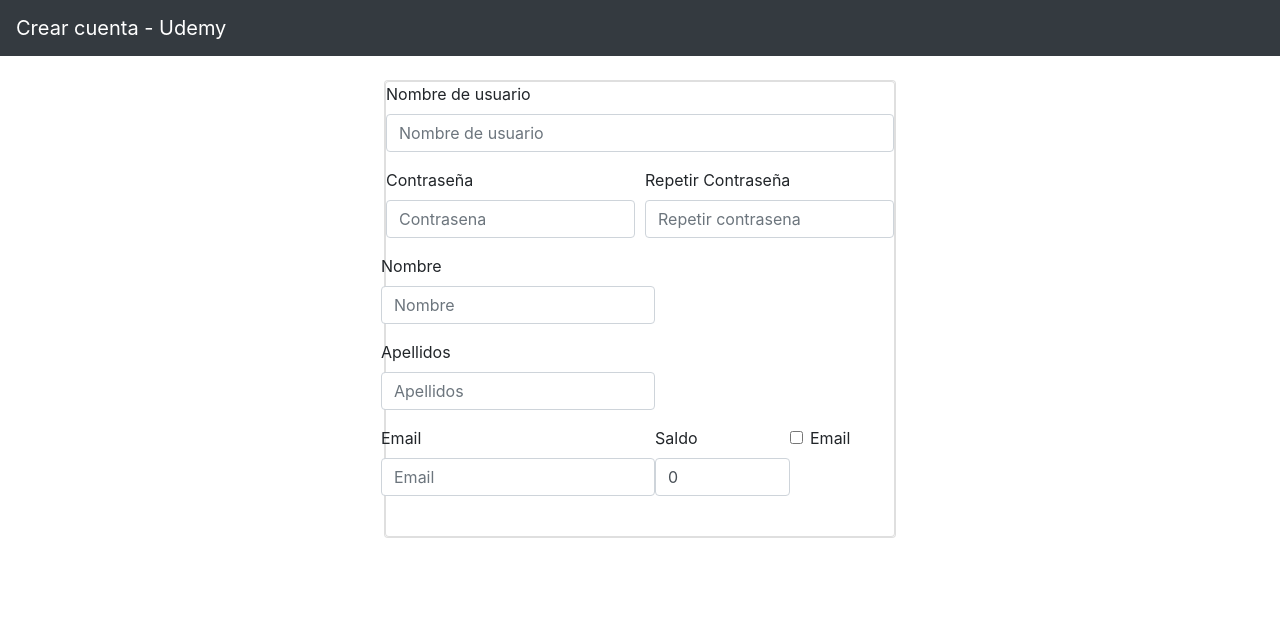
Repository: Enrique-git-hub/curso-java
Page: Workspace/LibreriaUdemy/src/main/webapp/register.html
An editor plug-in stored every save of this project. The page is shown before and after the next save, followed by the edit.
The browser window is 1280 px wide. The pictures show the whole page.

Above is the page before, as saved 2025-03-19 08:10:43.

### Workspace/LibreriaUdemy/src/main/webapp/register.html
<!DOCTYPE html>
<html>
<head>
<meta charset="UTF-8">
<link rel="stylesheet" href="https://cdn.jsdelivr.net/npm/bootstrap@4.6.2/dist/css/bootstrap.min.css">

<!-- jQuery library -->
<script src="https://cdn.jsdelivr.net/npm/jquery@3.7.1/dist/jquery.slim.min.js"></script>

<!-- Popper JS -->
<script src="https://cdn.jsdelivr.net/npm/popper.js@1.16.1/dist/umd/popper.min.js"></script>

<!-- Latest compiled JavaScript -->
<script src="https://cdn.jsdelivr.net/npm/bootstrap@4.6.2/dist/js/bootstrap.bundle.min.js"></script>

<script src="https://ajax.googleapis.com/ajax/libs/jquery/3.7.1/jquery.min.js"></script>

<link href="css/index.css" rel="stylesheet">
<title>Insert title here</title>
</head>
<body>
	<nav class="navbar navbar-dark bg-dark">
		<a class="navbar-brand" href="index.html">Crear cuenta - Udemy</a>
	</nav>
	<main class="p-4 d-flex justify-content-center">
		<div class="card sizeDiv">
			<div class="card body">
				<form id="form-register" class="pb-4">
					<div class="form-group">
						<label for="input-username">Nombre de usuario</label>
						<input type="text" class="form-control" id="input-username" placeholder="Nombre de usuario" required>
					</div>
					<div class="form-row">
						<div class="form-group col-md-6">
							<label for="input-contrasena">Contraseña</label>
							<input type="text" class="form-control" id="input-contrasena" placeholder="Contrasena" required>
						</div>
						<div class="form-group col-md-6">
							<label for="input-contrasena-repeat">Repetir Contraseña</label>
							<input type="text" class="form-control" id="input-contrasena-repeat" placeholder="Repetir contrasena" required>
						</div>
					<div class="form-group">
						<label for="input-nombre">Nombre</label>
						<input type="text" class="form-control" id="input-nombre" placeholder="Nombre" required>
					</div>
					<div class="form-group">
						<label for="input-apellidos">Apellidos</label>
						<input type="text" class="form-control" id="input-apellidos" placeholder="Apellidos" required>
					</div>
					<div class="form-group">
						<label for="input-email">Email</label>
						<input type="text" class="form-control" id="input-email" placeholder="Email" required>
					</div>
					<div class="form-group">
						<label for="input-saldo">Saldo</label>
						<input type="number" class="form-control" id="input-saldo" placeholder="0" min="0" max="10000" value="0" required>
					</div>
					<div class="form-group">
						<div class="form-check">
							<input type="checkbox" class="form-check-input" id="input-premium">
							<label class="form-check-label" for="input-premium">Email</label>
						</div>
					</div>
					</div>
				</form>
			</div>
		</div>
	</main>
</body>
</html>

### Workspace/LibreriaUdemy/src/main/webapp/css/index.css
@charset "UTF-8";

.bg-login-image{
	background: url("../img/biblioteca.jpg");
	background-position: center;
	background-size: cover;
	border: 0px
}

.sizeDiv{
	width: 40vw
}

After the next save:
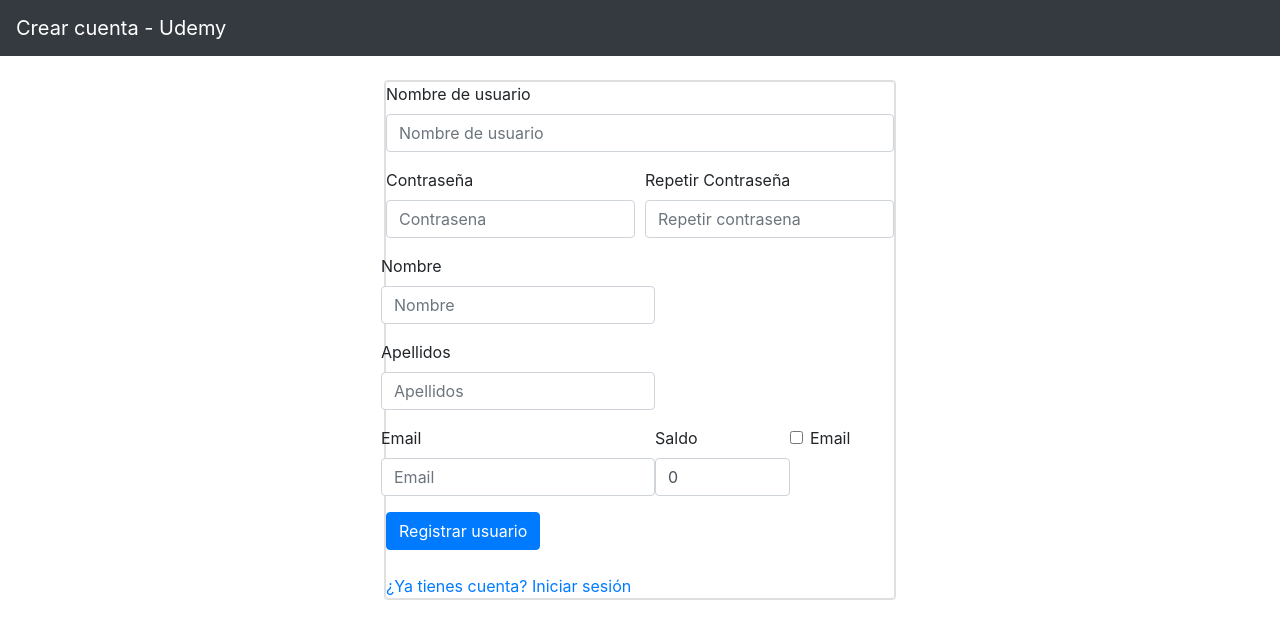
Saved 5 min 38 s later.
--- a/Workspace/LibreriaUdemy/src/main/webapp/register.html
+++ b/Workspace/LibreriaUdemy/src/main/webapp/register.html
@@ -62,7 +62,10 @@
 						</div>
 					</div>
 					</div>
+					<input type="submit" class="btn btn-primary" id="register-btn" value="Registrar usuario">
 				</form>
+				<div id="register-error" class="alert alert-danger d-none" role="alert">Error en las credenciales de registro</div>
+				<a href="index.html">¿Ya tienes cuenta? Iniciar sesión</a>
 			</div>
 		</div>
 	</main>
